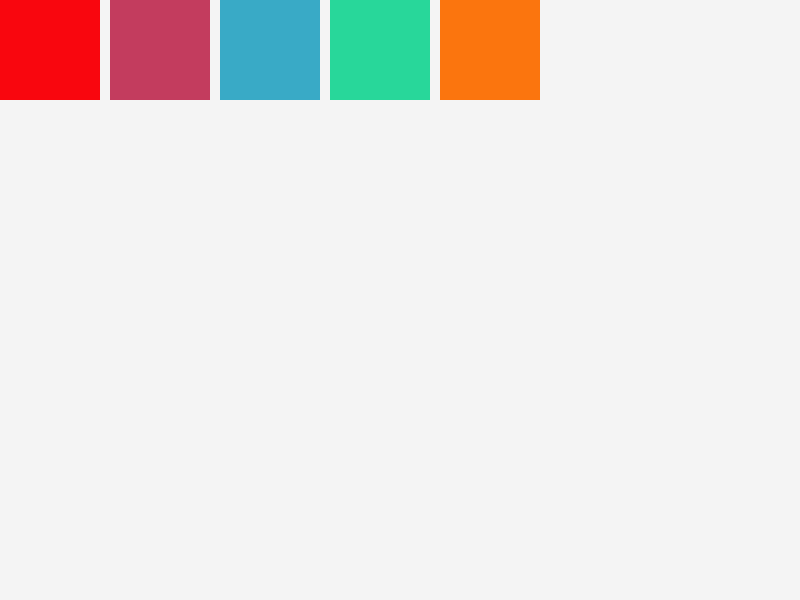
Repository: AlanVidalll/Curso-Java-Completo
Program's window: java exercicios-javafx/src/layout/AppLayout.java
These files come from the project's save history. The program's window is drawn as it stood at one moment and after the next save; the edit follows.
It runs on Java 21 on a 1366 x 768 screen with JavaFX 11; the title bar is not drawn.

Above is the program's window before, as saved 2020-04-11 13:30:46.

### exercicios-javafx/src/layout/AppLayout.java
package layout;

import javafx.application.Application;
import javafx.scene.Parent;
import javafx.scene.Scene;
import javafx.stage.Stage;

public class AppLayout extends Application {

	@Override
	public void start(Stage primaryStage) throws Exception {
		Parent raiz = null;

		raiz = new TesteAnchorPane();
		raiz = new TesteBorderPane();
		raiz = new TesteFlowPane();

		//Scene principal = new Scene(new TesteAnchorPane(),800,600);
		Scene principal = new Scene(raiz,800,600);

		primaryStage.setScene(principal);
		primaryStage.setTitle("Gerenciadores de Layout");
		primaryStage.show();
	}

	public static void main(String[] args) {
		launch(args);
	}

}

### exercicios-javafx/src/layout/TesteFlowPane.java
package layout;

import javafx.scene.layout.FlowPane;

public class TesteFlowPane extends FlowPane {


	public TesteFlowPane() {

		Quadrado q1 = new Quadrado();
		Quadrado q2 = new Quadrado();
		Quadrado q3 = new Quadrado();
		Quadrado q4 = new Quadrado();
		Quadrado q5 = new Quadrado();

		setHgap(10.0);
		setVgap(10.0);

		getChildren().addAll(q1,q2,q3,q4,q5);



	}

}

### exercicios-javafx/src/layout/TesteAnchorPane.java
package layout;

import javafx.geometry.Pos;
import javafx.scene.layout.AnchorPane;
import javafx.scene.layout.HBox;

public class TesteAnchorPane extends AnchorPane {

	public TesteAnchorPane() {

		Quadrado q1 = new Quadrado();
		setTopAnchor(q1, 10.0);
		setLeftAnchor(q1, 10.0);

		Quadrado q2 = new Quadrado();
		setTopAnchor(q2, 10.0);
		setRightAnchor(q2, 10.0);

		Quadrado q3 = new Quadrado();
		setBottomAnchor(q3, 10.0);
		setLeftAnchor(q3, 10.0);

		Quadrado q4 = new Quadrado();
		setBottomAnchor(q4, 10.0);
		setRightAnchor(q4, 10.0);


		HBox centro = new HBox();
		centro.setAlignment(Pos.CENTER);
		setTopAnchor(centro, 110.0);
		setBottomAnchor(centro, 110.0);
		setLeftAnchor(centro, 110.0);
		setRightAnchor(centro, 110.0);

		Quadrado q5 = new Quadrado();
		centro.getChildren().add(q5);

		getChildren().addAll(q1,q2,q3,q4,centro);
	}


}

### exercicios-javafx/src/layout/Quadrado.java
package layout;

import javafx.scene.paint.Color;
import javafx.scene.shape.Rectangle;

public class Quadrado extends Rectangle {

	private static int i = 0;

	private String[] cores = {
			"c33c5e", "39aac6",
			"28d79a", "fb750e",
			"6657a8", "f9060e"

	};

	public Quadrado() {
		this(100, 100);
	}

	public Quadrado(int largura, int altura) {

		setWidth(largura);
		setHeight(altura);

		setFill(Color.web(cores[i]));
		;
		i++;
		if (i == 6)
			i = 0;
	}

}

### exercicios-javafx/src/layout/TesteBorderPane.java
package layout;

import javafx.scene.layout.BorderPane;

public class TesteBorderPane extends BorderPane {

	public TesteBorderPane () {


		Caixa c1 = new Caixa().comTexto("Topo");
		setTop(c1);
		Caixa c2 = new Caixa().comTexto("Esquerda");
		setLeft(c2);
		Caixa c3 = new Caixa().comTexto("Direita");
		setRight(c3);
		Caixa c4 = new Caixa().comTexto("Fundo");
		setBottom(c4);
		Caixa c5 = new Caixa().comTexto("Centro");
		setCenter(c5);
	}
}

### exercicios-javafx/src/layout/Caixa.java
package layout;

import javafx.geometry.Insets;
import javafx.geometry.Pos;
import javafx.scene.control.Label;
import javafx.scene.layout.Background;
import javafx.scene.layout.BackgroundFill;
import javafx.scene.layout.CornerRadii;
import javafx.scene.layout.HBox;
import javafx.scene.paint.Color;
import javafx.scene.text.Font;

public class Caixa extends HBox {

	private static int i = 0;

	private String[] cores = { "c33c5e", "39aac6", "28d79a", "fb750e", "6657a8", "f9060e"

	};

	public Caixa() {
		this(100, 100);
	}

	public Caixa(int largura, int altura) {
		setAlignment(Pos.CENTER);
		setMinWidth(largura);
		setMinHeight(altura);

		BackgroundFill fill =
				new BackgroundFill(Color.web(cores[i]),
						CornerRadii.EMPTY, Insets.EMPTY);
		setBackground(new Background(fill));
		i++;
		if(i == 6) i= 0;
	}

	public Caixa comTexto(String texto) {
		Label label = new Label(texto);
		label.setFont(new Font(24));
		getChildren().add(label);
		return this;
	}

}

After the next save:
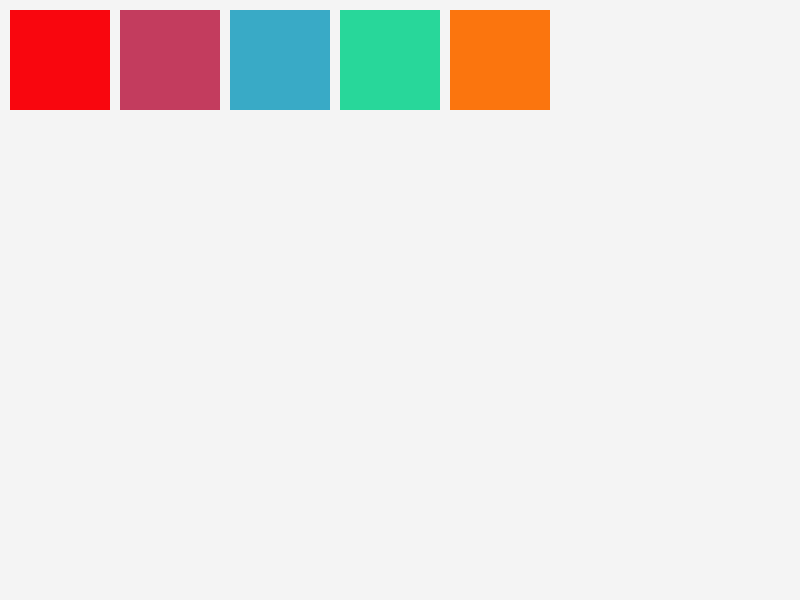
Saved 80 s later.
--- a/exercicios-javafx/src/layout/TesteFlowPane.java
+++ b/exercicios-javafx/src/layout/TesteFlowPane.java
@@ -1,5 +1,6 @@
 package layout;
 
+import javafx.geometry.Insets;
 import javafx.scene.layout.FlowPane;
 
 public class TesteFlowPane extends FlowPane {
@@ -15,6 +16,7 @@
 
 		setHgap(10.0);
 		setVgap(10.0);
+		setPadding(new Insets(10));
 
 		getChildren().addAll(q1,q2,q3,q4,q5);
 
